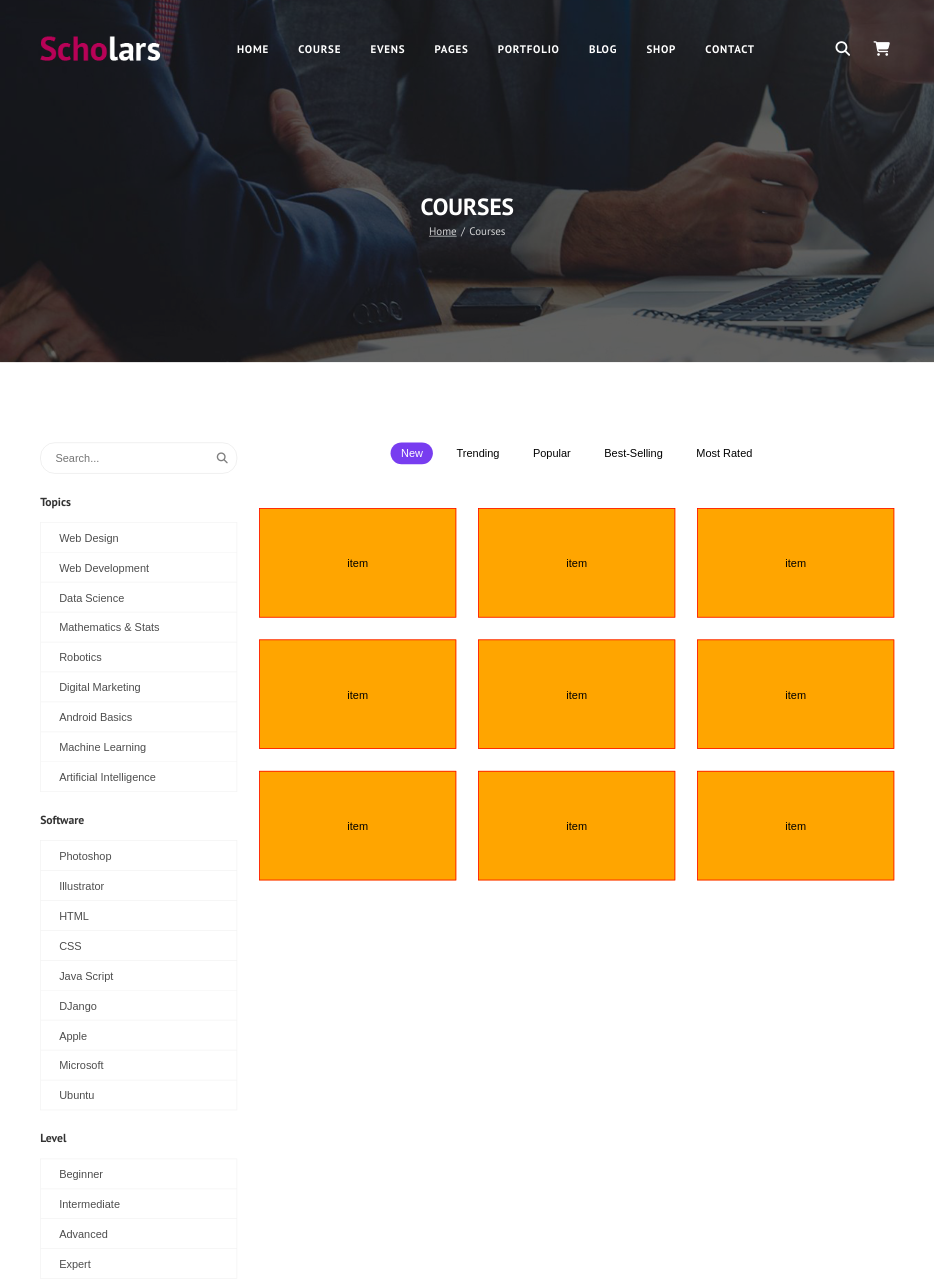
Repository: lannguyen1301/f8-zoom-day-7
Page: index.html
The author's editor kept a copy of each file at every save. The page is drawn from the files as they stood at one save, then again after the next save.
The browser window is 1280 px wide. The pictures show the whole page, at 73% of full size.
Some web fonts or font styles are not loaded; a fallback is used.

Above is the page before, as saved 2025-04-25 00:08:41.

After the next save:
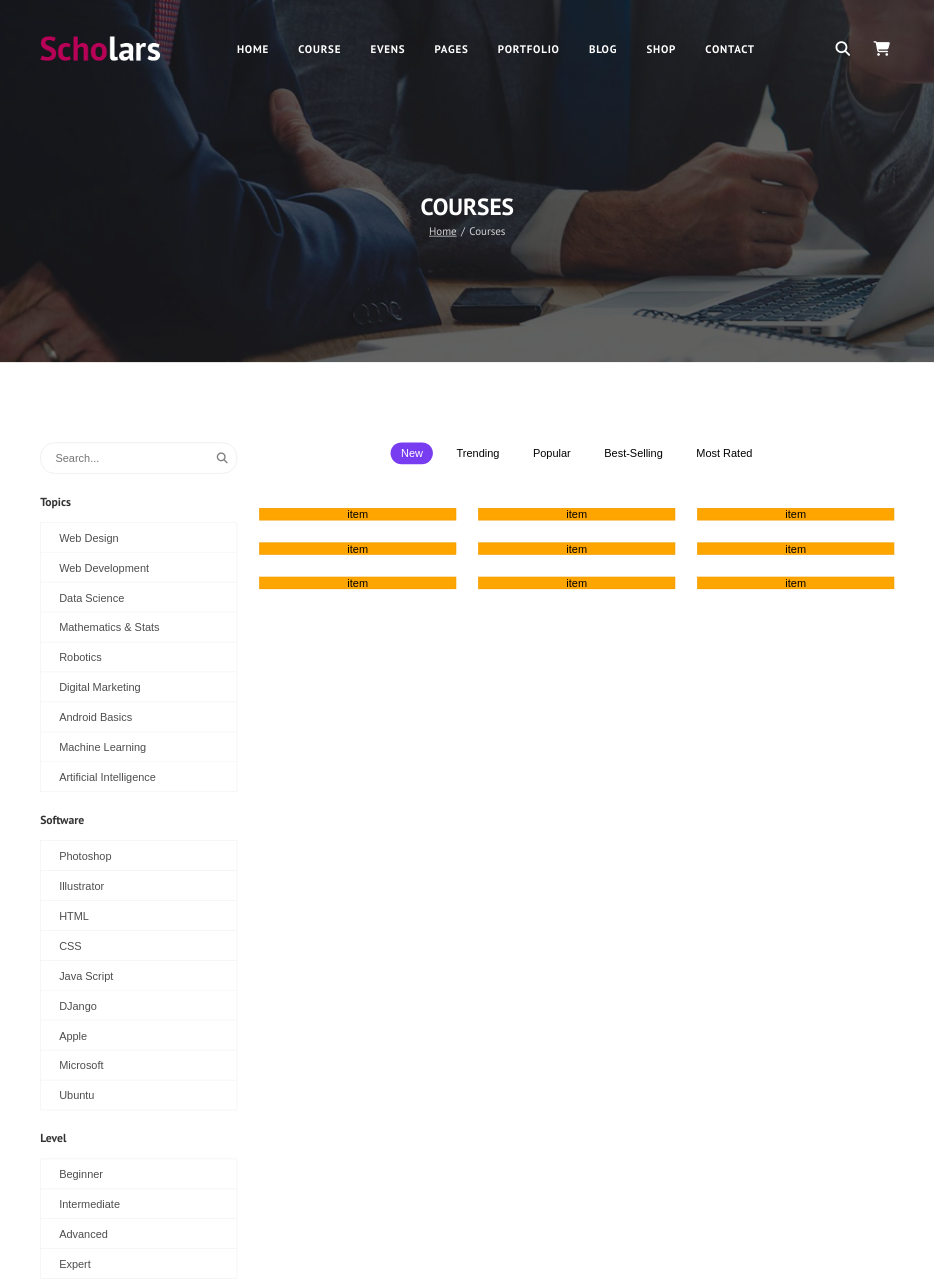
Saved 2 min 16 s later.
--- a/assets/css/style.css
+++ b/assets/css/style.css
@@ -258,8 +258,7 @@ ul.menu li + li {
     align-items: center;
     justify-content: center;
     width: calc(100% / var(--columns) - var(--spacing));
-    min-height: 150px;
     margin-left: var(--spacing);
     background: orange;
-    border: 1px solid red;
-}
+    border: 1px solid #0000000d;
+}
